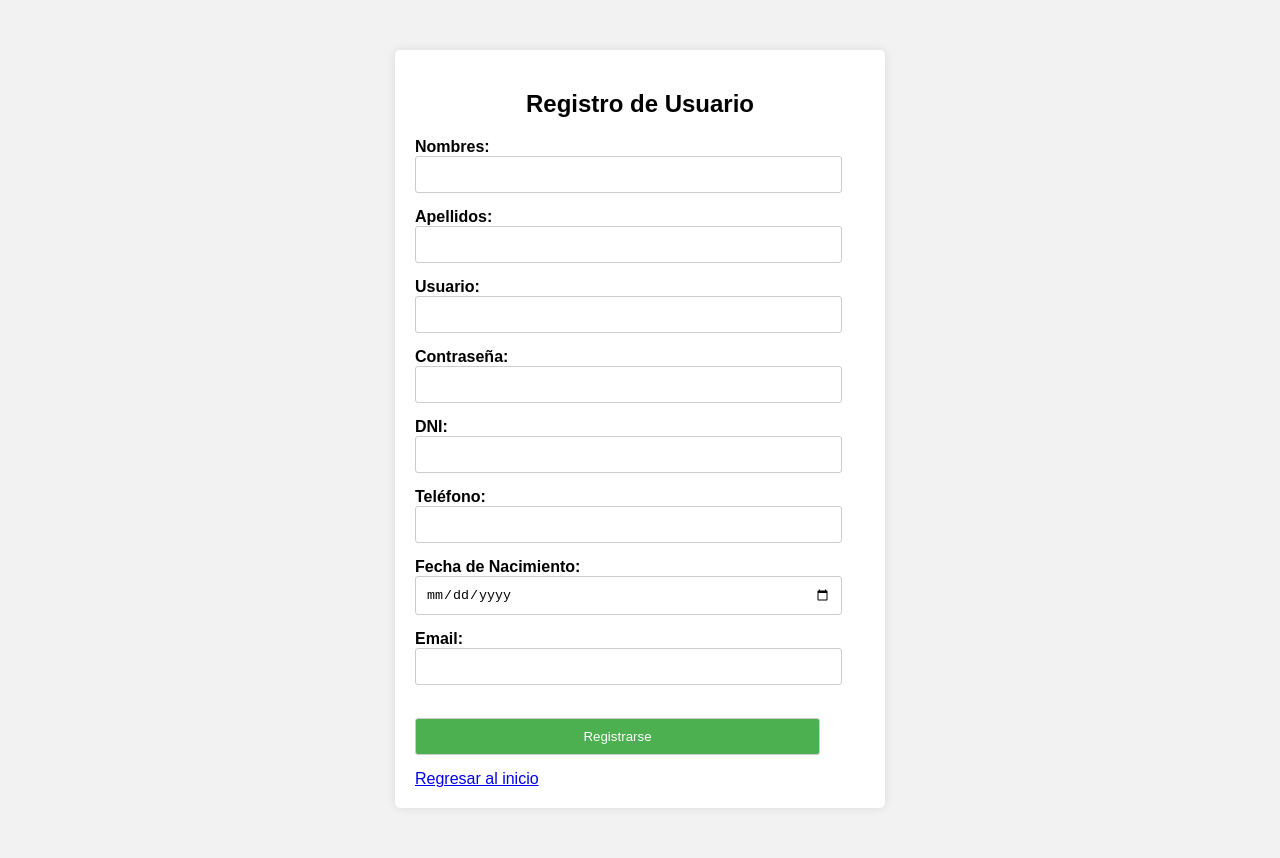
Repository: mativan15/DB-PF
Page: http://localhost/DB-PF/registro.php
These files come from the project's save history. The page is drawn as it stood at one moment and after the next save; the edit follows.
The browser window is 1280 px wide. The pictures show the whole page.
The page is run by PHP 8.4 with error messages shown; the project is at /var/www/html/.

Above is the page before, as saved 2024-11-04 10:03:57.

After the next save:
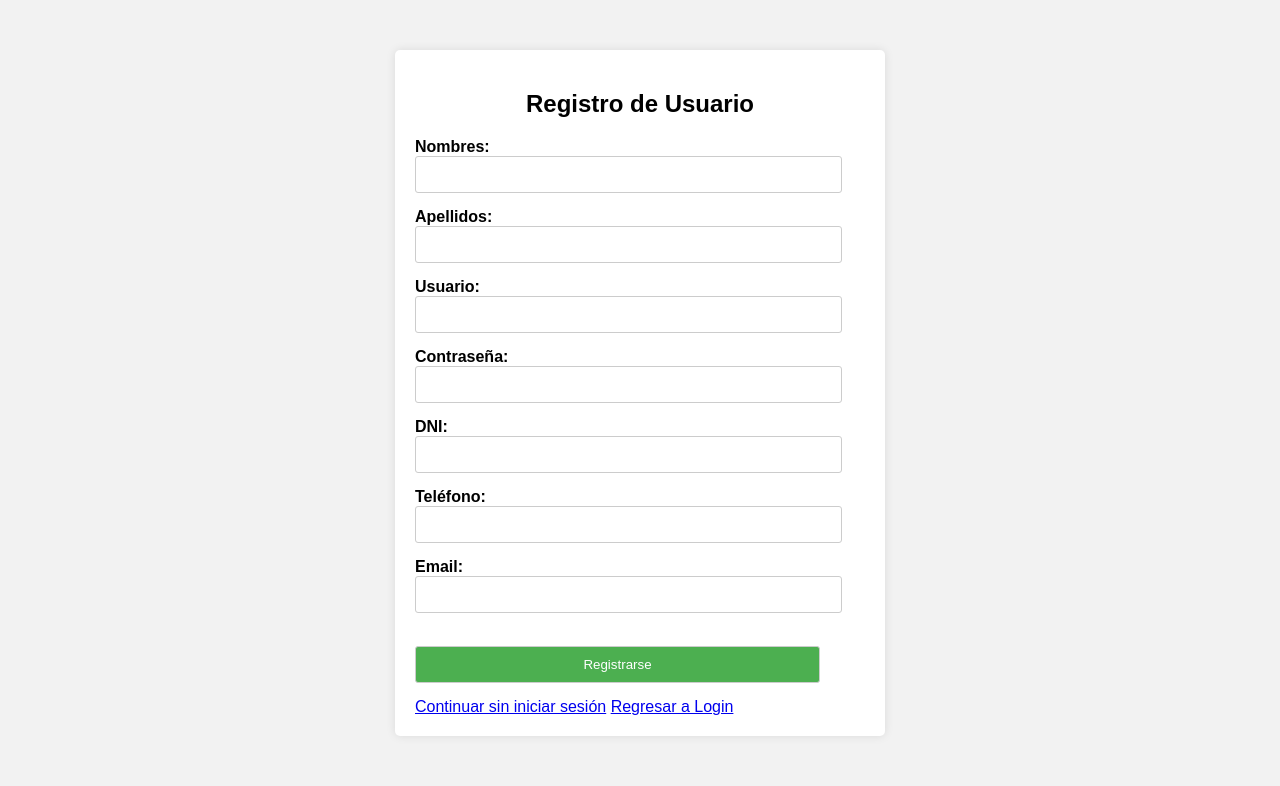
Saved 3 min 39 s later.
--- a/registro.php
+++ b/registro.php
@@ -2,31 +2,7 @@
 session_start();
 
 if ($_SERVER["REQUEST_METHOD"] == "POST") {
-    $nombre = $_POST["nombre"];
-    $apellido = $_POST["apellido"];
-    $username = $_POST["username"];
-    $password = $_POST["password"];
-    $dni = $_POST["dni"];
-    $telefono = $_POST["telefono"];
-    $fecha_nacimiento = $_POST["fecha_nacimiento"];
-    $email = $_POST["email"];
 
-    $mysqli = new mysqli("localhost", "root", "", "DB proyecto final");
-    if ($mysqli->connect_error) {
-        die("Error de conexión: " . $mysqli->connect_error);
-    }
-    $stmt = $mysqli->prepare("INSERT INTO usuarios (nombre, apellido, username, password, dni, telefono, fecha_nacimiento, email) VALUES (?, ?, ?, ?, ?, ?, ?, ?)");
-    $hashed_password = password_hash($password, PASSWORD_DEFAULT);
-    $stmt->bind_param("ssssssss", $nombre, $apellido, $username, $hashed_password, $dni, $telefono, $fecha_nacimiento, $email);
-
-    if ($stmt->execute()) {
-        header("Location: https://localhost/MoreAdventures/templates/login.php");
-        exit();
-    } else {
-        echo "<p style='color: red;'>Error al registrar el usuario.</p>";
-    }
-    $stmt->close();
-    $mysqli->close();
 }
 ?>
 
@@ -54,13 +30,12 @@ if ($_SERVER["REQUEST_METHOD"] == "POST") {
             <input type="text" id="dni" name="dni" required><br>
             <label for="telefono">Teléfono:</label><br>
             <input type="tel" id="telefono" name="telefono" required><br>
-            <label for="fecha_nacimiento">Fecha de Nacimiento:</label><br>
-            <input type="date" id="fecha_nacimiento" name="fecha_nacimiento" required><br>
             <label for="email">Email:</label><br>
             <input type="email" id="email" name="email" required><br><br>
             <input type="submit" value="Registrarse">
         </form>
-        <a href="https://localhost/DB-PF/landing.html">Regresar al inicio</a>
+        <a href="https://localhost/DB-PF/landing.html">Continuar sin iniciar sesión</a>
+        <a href="https://localhost/DB-PF/login.php">Regresar a Login</a>
     </div>
 </body>
 </html>
